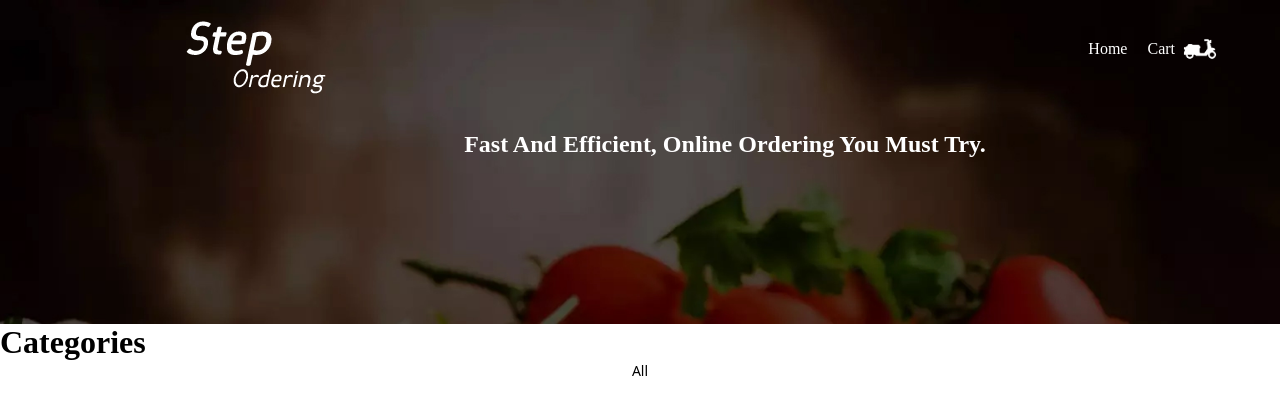
Repository: anastasia29-step/Online-Restaurant
Page: index.html
The author's editor kept a copy of each file at every save. The page is drawn from the files as they stood at one save, then again after the next save.
The browser window is 1280 px wide. The pictures show the whole page.

Above is the page before, as saved 2026-03-09 16:33:04.
Not found: app.js/

After the next save:
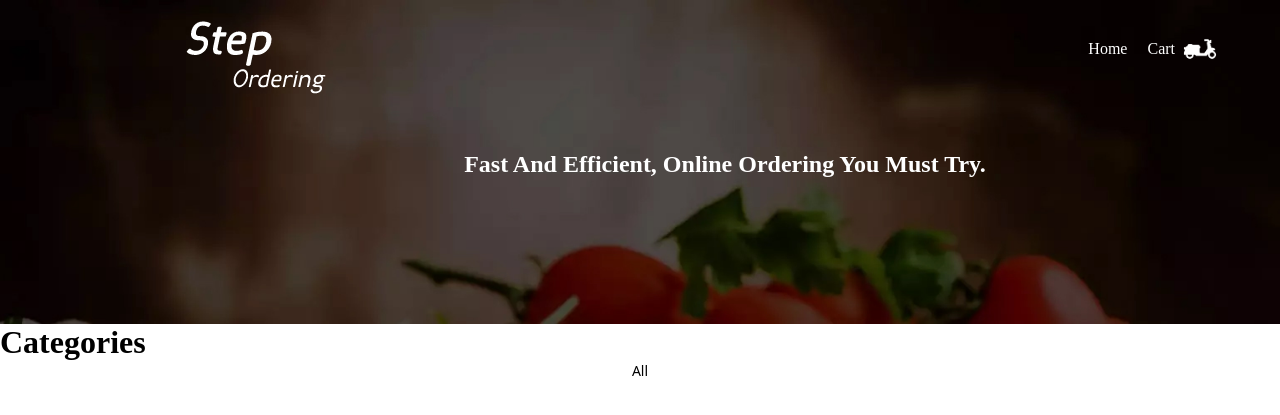
Saved 4 s later.
--- a/style.css
+++ b/style.css
@@ -52,7 +52,7 @@ ul {
 .FirstLine .bottom {
     text-align: center;
     color: white;
-    margin-top: 30px;
+    margin-top: 50px;
 }
 
 
